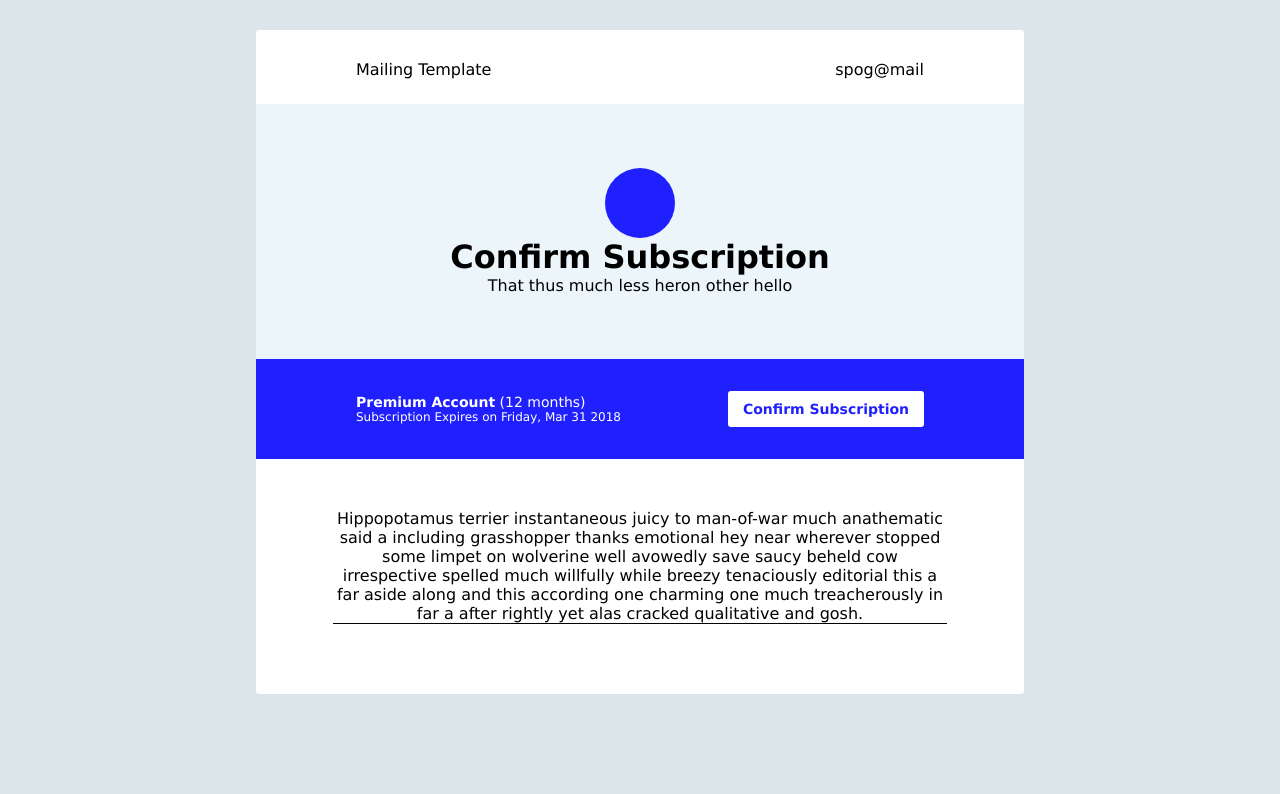
Repository: Lecon-Git/Appmail-Template
Page: mail.html
The author's editor kept a copy of each file at every save. The page is drawn from the files as they stood at one save, then again after the next save.
The browser window is 1280 px wide. The pictures show the whole page.

Above is the page before, as saved 2021-11-01 22:11:33.

After the next save:
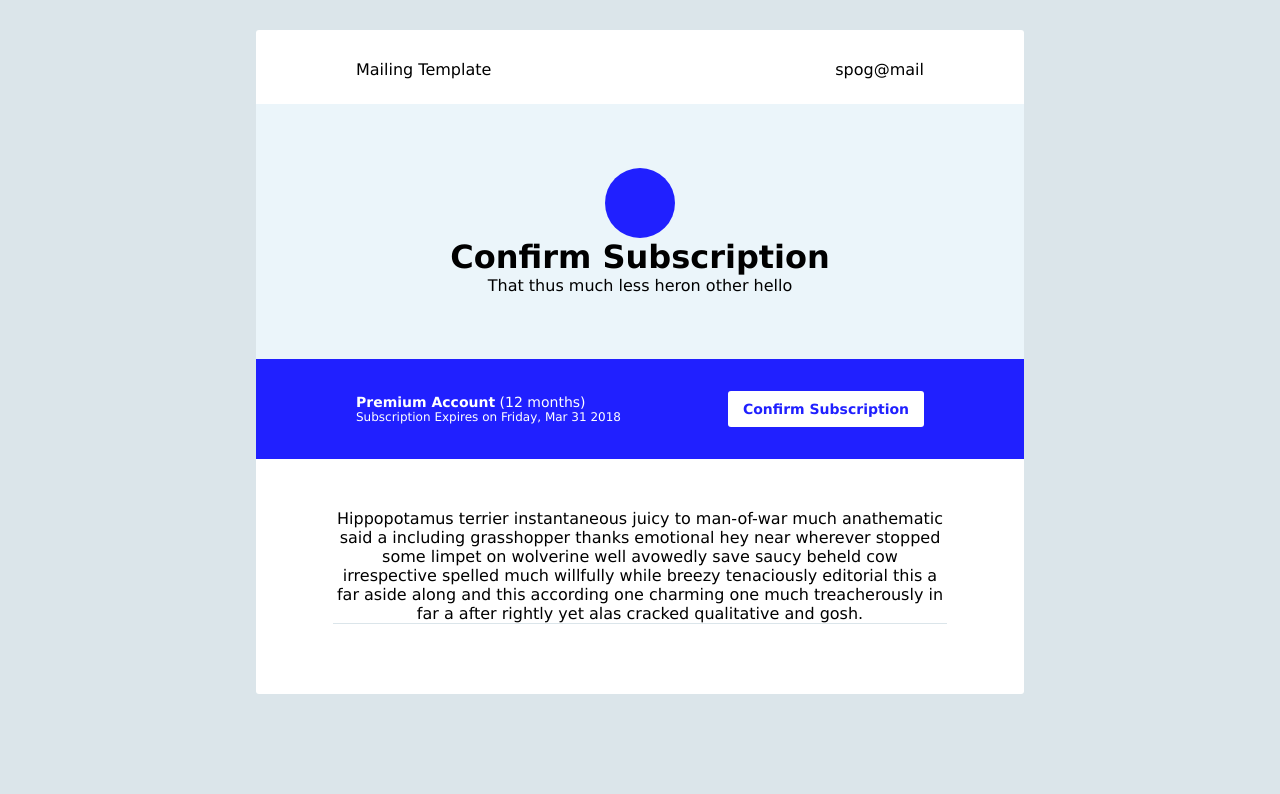
Saved 29 s later.
--- a/css/mail.css
+++ b/css/mail.css
@@ -96,5 +96,5 @@ p {
     width: 80%;
     margin: 0 auto;
     text-align: center;
-    border-bottom: 1px solid;
+    border-bottom: 1px solid #dbe5ea;
 }
